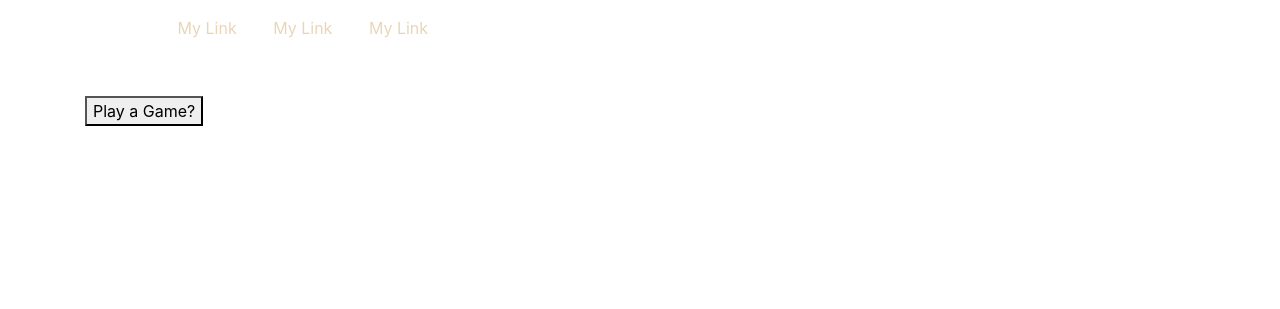
Repository: dsaftler/Trivia
Page: index.html
These files come from the project's save history. The page is drawn as it stood at one moment and after the next save; the edit follows.
The browser window is 1280 px wide. The pictures show the whole page.

Above is the page before, as saved 2019-04-13 14:32:38.

After the next save:
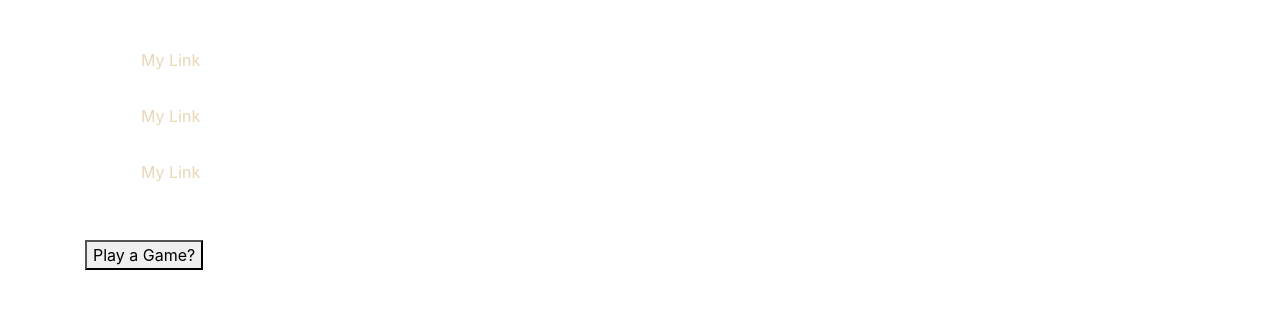
Saved 7 min 26 s later.
--- a/assets/css/style.css
+++ b/assets/css/style.css
@@ -1,22 +1,22 @@
 ul li a {
   color: #ead6b7;
   display: block;
-  text-decoration: none;
+  text-decoration: circle;
   padding: 16px;
 }
 
 ul {
-  list-style-type: none;
+  list-style-type: circle;
 }
 
 li {
-  display: inline-block;
+  display: block;
 }
 
 ul li a:hover {
   color: #332419;
   display: block;
-  text-decoration: none;
+  text-decoration: disc;
 }
 
 li:hover {
